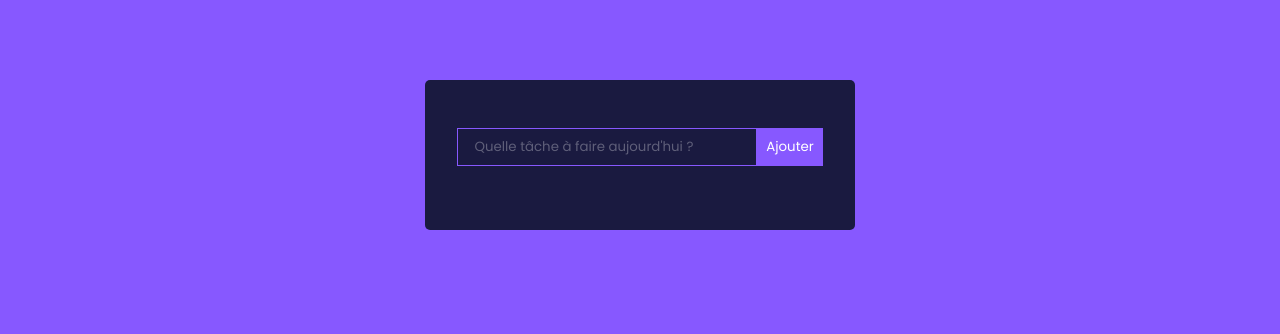
Repository: Loetitia27006/todo_list
Page: /
These files come from the project's save history. The page is drawn as it stood at one moment and after the next save; the edit follows.
The browser window is 1280 px wide. The pictures show the whole page.
The project was rebuilt for these pictures with package versions that can differ from the ones it lists, and the page was loaded fresh each time.

Above is the page before, as saved 2023-08-17 18:30:22.

### public/index.html
<!DOCTYPE html>
<html lang="en">
  <head>
    <meta charset="utf-8" />
    <link rel="icon" href="%PUBLIC_URL%/logo-black.svg" />
    <meta name="viewport" content="width=device-width, initial-scale=1" />
    <meta name="theme-color" content="#000000" />
    <meta
      name="description"
      content="Web site created using create-react-app"
    />
    <link rel="apple-touch-icon" href="%PUBLIC_URL%/logo-black.svg" />
    <!--
      manifest.json provides metadata used when your web app is installed on a
      user's mobile device or desktop. See https://developers.google.com/web/fundamentals/web-app-manifest/
    -->
    <link rel="manifest" href="%PUBLIC_URL%/manifest.json" />
    <!--
      Notice the use of %PUBLIC_URL% in the tags above.
      It will be replaced with the URL of the `public` folder during the build.
      Only files inside the `public` folder can be referenced from the HTML.

      Unlike "/favicon.ico" or "favicon.ico", "%PUBLIC_URL%/favicon.ico" will
      work correctly both with client-side routing and a non-root public URL.
      Learn how to configure a non-root public URL by running `npm run build`.
    -->
    <title>Todo List</title>
  </head>
  <body>
    <noscript>You need to enable JavaScript to run this app.</noscript>
    <div id="root"></div>
    <!--
      This HTML file is a template.
      If you open it directly in the browser, you will see an empty page.

      You can add webfonts, meta tags, or analytics to this file.
      The build step will place the bundled scripts into the <body> tag.

      To begin the development, run `npm start` or `yarn start`.
      To create a production bundle, use `npm run build` or `yarn build`.
    -->
  </body>
</html>

### src/App.css
@import url('https://fonts.googleapis.com/css2?family=Poppins&display=swap');

* {
  font-family: 'Poppins', sans-serif;
  margin: 0;
  padding: 0;
  box-sizing: border-box;
}

body {
  background: #8758ff;
  display: flex;
  justify-content: center;
  align-items: center;
}

.App {
  text-align: center;
}

h1 {
  color: #fff;
  margin-bottom: 0.5rem;
  font-size: 1.75rem;
}

.TodoWrapper {
  background: #1A1A40;
  margin-top: 5rem;
  padding: 2rem;
  border-radius: 5px;
}

.TodoForm {
  width: 100%;
}

.todo-input {
  outline: none;
  background: none;
  border: 1px solid #8758ff;
  padding: 0.5rem 1rem;
  margin-top: 1rem;
  margin-bottom: 2rem;
  width: 300px;
  color: #fff;
}

.todo-input::placeholder {
  color: #ffffff4d;
}

.todo-btn {
  background: #8758ff;
  color: #fff;
  border: none;
  padding: 0.55rem;
  cursor: pointer;

}

.Todo {
  display: flex;
  justify-content: space-between;
  align-items: center;
  background: #8758ff;
  color: #fff;
  padding: 0.75rem 1rem;
  border-radius: 5px;
  margin-bottom: 1rem;
  cursor: pointer;
}

.fa-trash {
  margin-left: 0.75rem;
}

.completed {
  color: #c5aeff;
  text-decoration: line-through;
}

### src/components/TodoWrapper.js
import React, {useState} from 'react'
import { TodoForm } from './TodoForm'
import { v4 as uuidv4 } from 'uuid'
uuidv4()

export const TodoWrapper = () => {

    const [todos, setTodos] = useState([])

    const addTodo = todo =>{
        setTodos([...todos, {id: uuidv4(), task: todo,
        completed: false, isEditing: false}])
        console.log(todos)
    }

  return (
    <div className='TodoWrapper'>
        <TodoForm addTodo={addTodo}/>
    </div>
  )
}

### src/components/TodoForm.js
import React, {useState} from 'react'

export const TodoForm = ({addTodo}) => {

    const [value, setValue] = useState("")
    const handleSubmit = e => {
        e.preventDefault()
        addTodo(value)
        setValue("")
    }

  return (
    <form className='Todoform' onSubmit={handleSubmit}>
        <input type="text" className='todo-input' value={value} placeholder="Quelle tâche à faire aujourd'hui ?"
        onChange={(e)=>setValue(e.target.value)}/>
        <button type='submit' className='todo-btn'>Ajouter</button>
    </form>
  )
}

### src/components/Todo.js
import React from 'react'
import { FontAwesomeIcon } from "@fortawesome/react-fontawesome";
import { faPenToSquare } from "@fortawesome/free-solid-svg-icons";
import { faTrash } from "@fortawesome/free-solid-svg-icons";

export const Todo = () => {
  return (
    <div className='Todo'>
      <p>aller en cours</p>
      <div>
        <FontAwesomeIcon icon={faPenToSquare} />
      </div>
    </div>
  )
}

Loaded but not shown: src/index.js (common file); src/App.js (common file); src/reportWebVitals.js (common file)

After the next save:
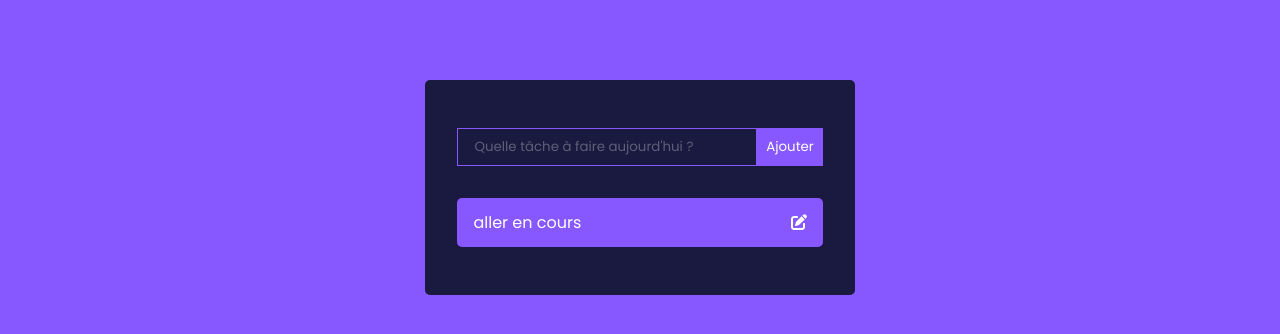
Saved 59 s later.
--- a/src/components/TodoWrapper.js
+++ b/src/components/TodoWrapper.js
@@ -1,6 +1,7 @@
 import React, {useState} from 'react'
 import { TodoForm } from './TodoForm'
 import { v4 as uuidv4 } from 'uuid'
+import { Todo } from './Todo'
 uuidv4()
 
 export const TodoWrapper = () => {
@@ -16,6 +17,7 @@ export const TodoWrapper = () => {
   return (
     <div className='TodoWrapper'>
         <TodoForm addTodo={addTodo}/>
+        <Todo />
     </div>
   )
 }
